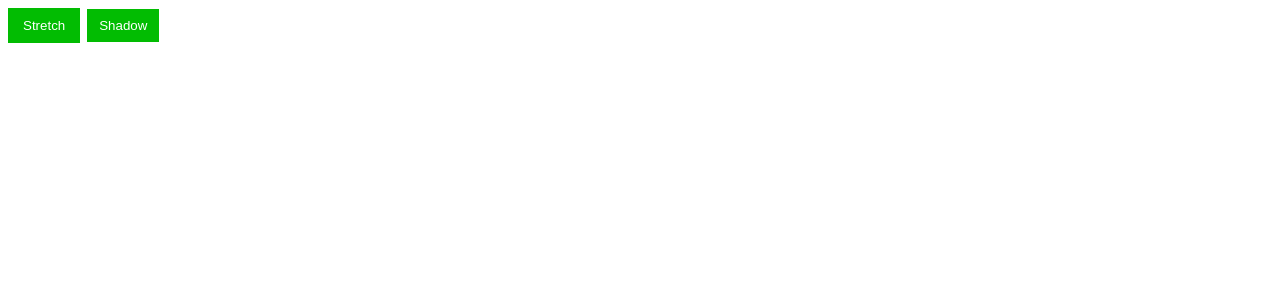
Repository: Kurumilli/Youtube
Page: 4i.html
The author's editor kept a copy of each file at every save. The page is drawn from the files as they stood at one save, then again after the next save.
The browser window is 1280 px wide. The pictures show the whole page.
The first visible `.shadow` is being pressed.

Above is the page before, as saved 2025-01-29 20:06:11.

### 4i.html
<style>
.stretch{
padding-top: 10px;
padding-bottom: 10px;
padding-left: 15px;
padding-right: 15px;
border-radius: 0;
border: none;
color: white;
background-color: rgb(2, 188, 2);
cursor: pointer;
transition: padding-top 1s,
padding-bottom 1s,
padding-left 1s,
padding-right 1s;
}

.stretch:hover{
    padding-top: 18px;
    padding-bottom: 18px;
    padding-left: 36px;
    padding-right: 36px;
}

.shadow{
margin-left: 50px;
padding-top: 9px;
padding-bottom: 9px;
padding-left: 12px;
padding-right: 12px;
border-radius: 0;
border: none;
color: white;
cursor: pointer;
background-color: rgb(2, 188, 2);
box-shadow: 3px 3px 5px rgba(0,0,0,0.5);
}

.shadow:active{
    margin-bottom: 3px;
    margin-left: 3px;
    box-shadow: none;
}
</style>


<button class="stretch">Stretch</button>
<button class="shadow">Shadow</button>

After the next save:
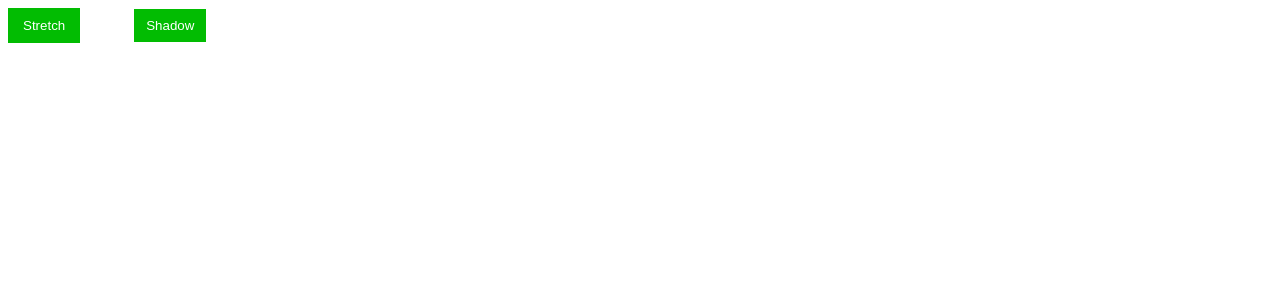
Saved 18 s later.
--- a/4i.html
+++ b/4i.html
@@ -38,7 +38,7 @@ box-shadow: 3px 3px 5px rgba(0,0,0,0.5);
 
 .shadow:active{
     margin-bottom: 3px;
-    margin-left: 3px;
+    margin-right: 3px;
     box-shadow: none;
 }
 </style>
